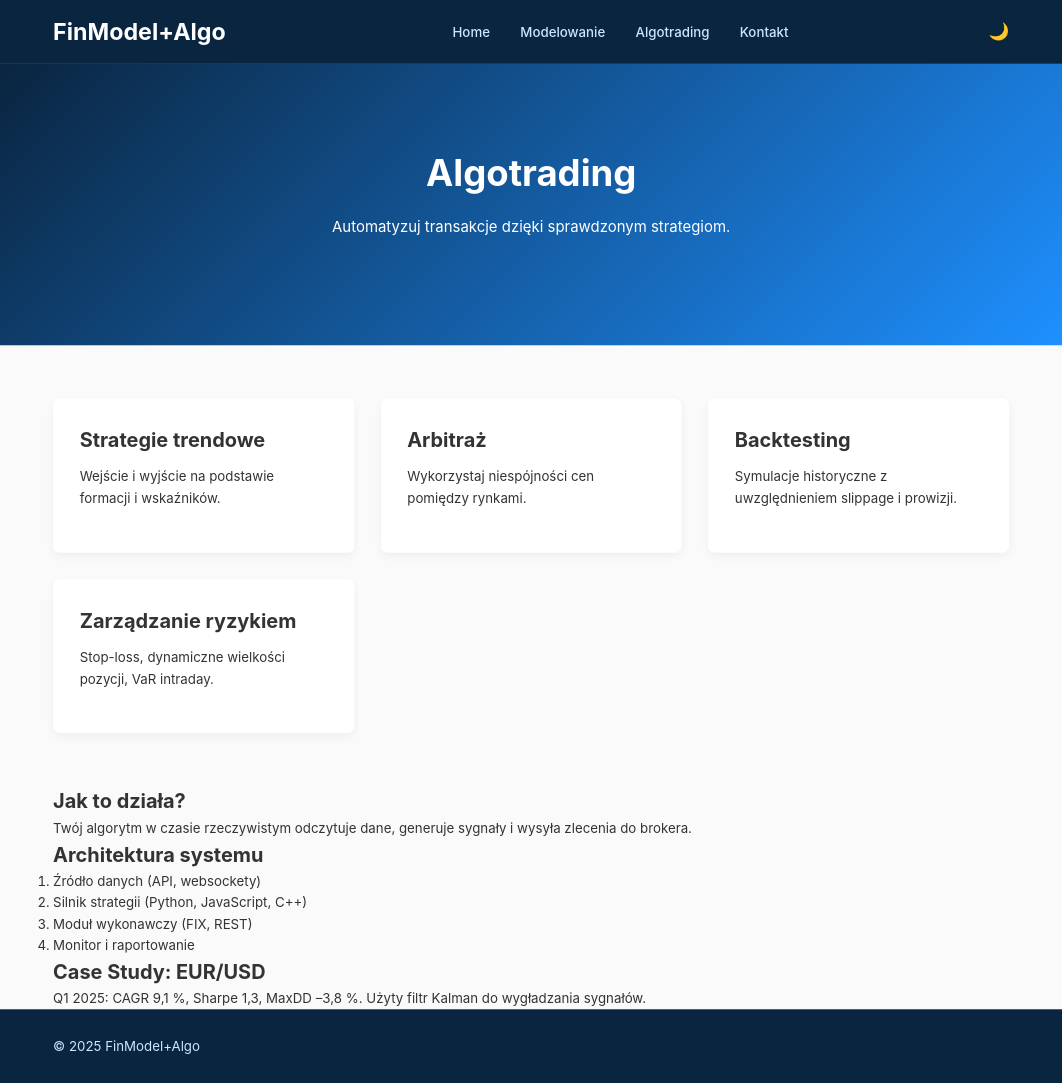
Repository: rafal-bedkowski/WebPageOptimization
Page: algotrading.html
An editor plug-in stored every save of this project. The page is shown before and after the next save, followed by the edit.
The browser window is 1280 px wide. The pictures show the whole page, at 83% of full size.

Above is the page before, as saved 2025-04-26 15:22:07.
Console error: TypeError: Cannot read properties of null (reading 'addEventListener')

After the next save:
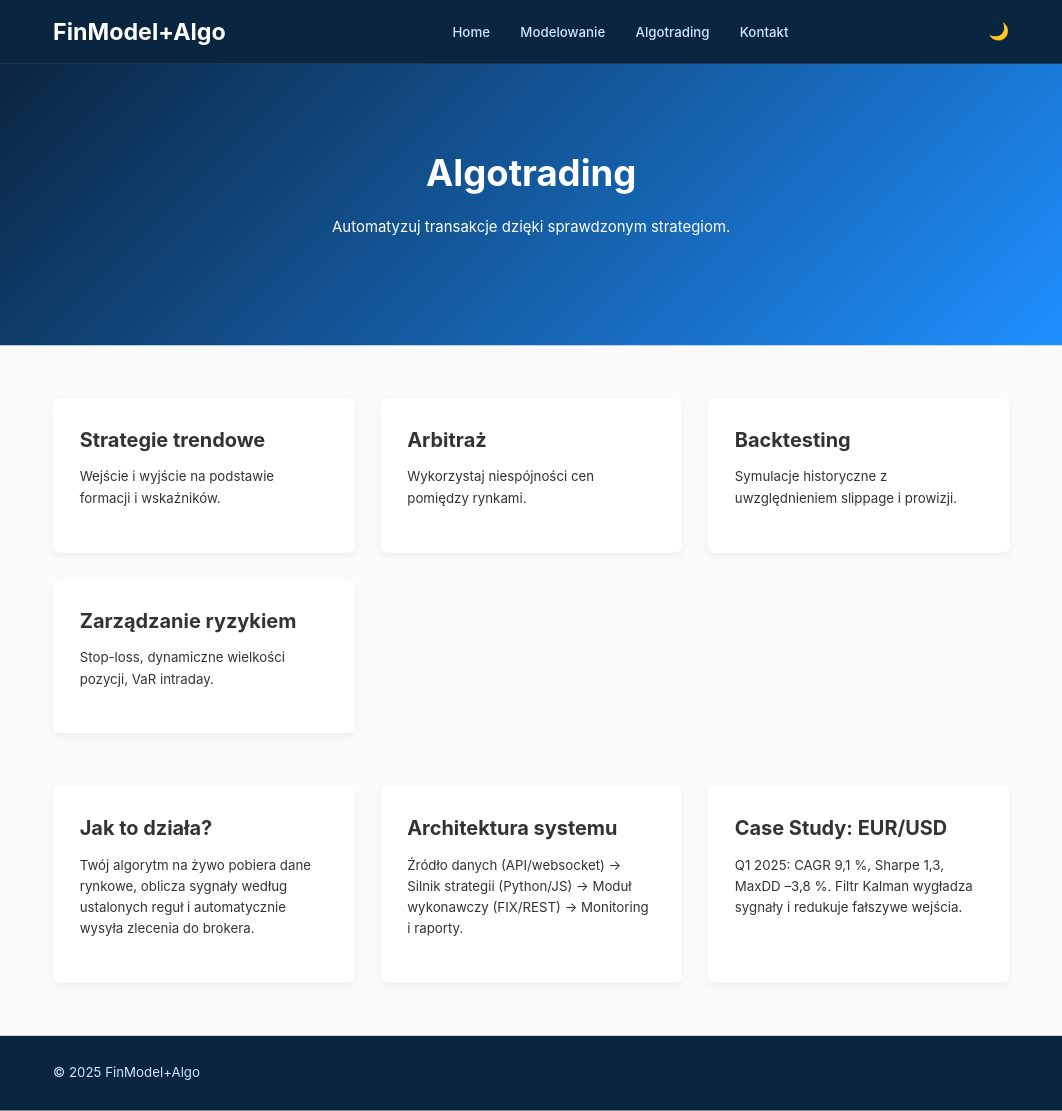
The error is gone.
Not found: script.js
Saved 2 min 24 s later.
--- a/algotrading.html
+++ b/algotrading.html
@@ -1,4 +1,3 @@
-<!-- algotrading.html -->
 <!DOCTYPE html>
 <html lang="pl">
   <head>
@@ -14,7 +13,7 @@
         <nav class="nav">
           <a href="index.html" class="nav__link">Home</a>
           <a href="modelowanie.html" class="nav__link">Modelowanie</a>
-          <a href="algotrading.html" class="nav__link">Algotrading</a>
+          <a href="algotrading.html" class="nav__link active">Algotrading</a>
           <a href="kontakt.html" class="nav__link">Kontakt</a>
         </nav>
         <button class="mode-toggle" aria-label="Toggle dark mode">🌙</button>
@@ -31,6 +30,7 @@
     </section>
 
     <main class="container">
+      <!-- Główne usługi -->
       <section class="services">
         <article class="card">
           <h2 class="card__title">Strategie trendowe</h2>
@@ -58,28 +58,27 @@
         </article>
       </section>
 
-      <section class="content">
-        <article>
-          <h2>Jak to działa?</h2>
-          <p>
-            Twój algorytm w czasie rzeczywistym odczytuje dane, generuje sygnały
-            i wysyła zlecenia do brokera.
+      <!-- Jak to działa? -->
+      <section class="services">
+        <article class="card">
+          <h2 class="card__title">Jak to działa?</h2>
+          <p class="card__text">
+            Twój algorytm na żywo pobiera dane rynkowe, oblicza sygnały według
+            ustalonych reguł i automatycznie wysyła zlecenia do brokera.
           </p>
         </article>
-        <article>
-          <h2>Architektura systemu</h2>
-          <ol>
-            <li>Źródło danych (API, websockety)</li>
-            <li>Silnik strategii (Python, JavaScript, C++)</li>
-            <li>Moduł wykonawczy (FIX, REST)</li>
-            <li>Monitor i raportowanie</li>
-          </ol>
+        <article class="card">
+          <h2 class="card__title">Architektura systemu</h2>
+          <p class="card__text">
+            Źródło danych (API/websocket) → Silnik strategii (Python/JS) → Moduł
+            wykonawczy (FIX/REST) → Monitoring i raporty.
+          </p>
         </article>
-        <article>
-          <h2>Case Study: EUR/USD</h2>
-          <p>
-            Q1 2025: CAGR 9,1 %, Sharpe 1,3, MaxDD –3,8 %. Użyty filtr Kalman do
-            wygładzania sygnałów.
+        <article class="card">
+          <h2 class="card__title">Case Study: EUR/USD</h2>
+          <p class="card__text">
+            Q1 2025: CAGR 9,1 %, Sharpe 1,3, MaxDD –3,8 %. Filtr Kalman wygładza
+            sygnały i redukuje fałszywe wejścia.
           </p>
         </article>
       </section>
@@ -90,6 +89,7 @@
         <p>© 2025 FinModel+Algo</p>
       </div>
     </footer>
-    <script src="main.js"></script>
+
+    <script src="script.js"></script>
   </body>
 </html>
